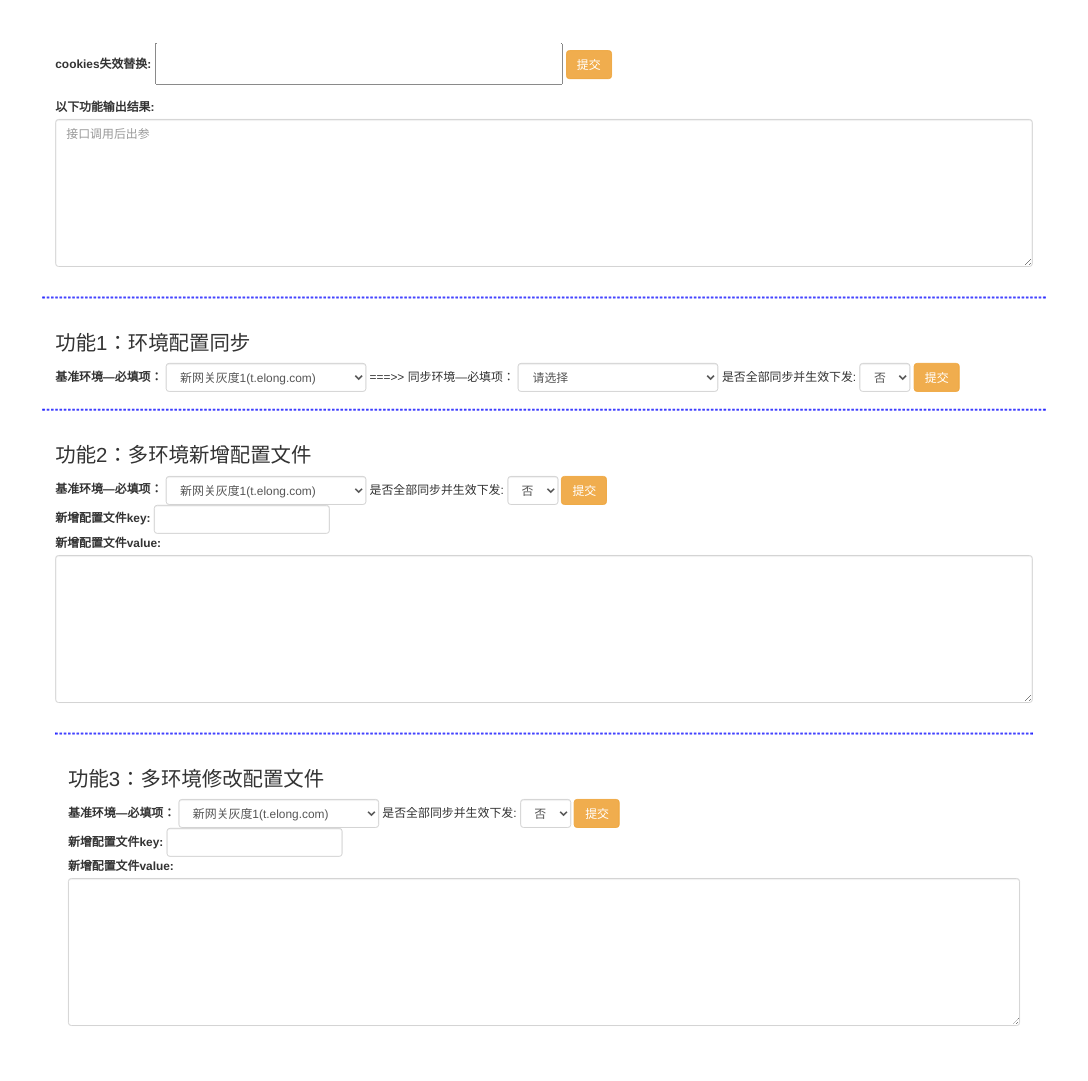
Repository: wangyanqing666/study
Page: test4.html
The author's editor kept a copy of each file at every save. The page is drawn from the files as they stood at one save, then again after the next save.
The browser window is 1280 px wide. The pictures show the whole page, at 85% of full size.
Some web libraries are served in a nearby version.

Above is the page before, as saved 2020-12-02 19:14:05.

After the next save:
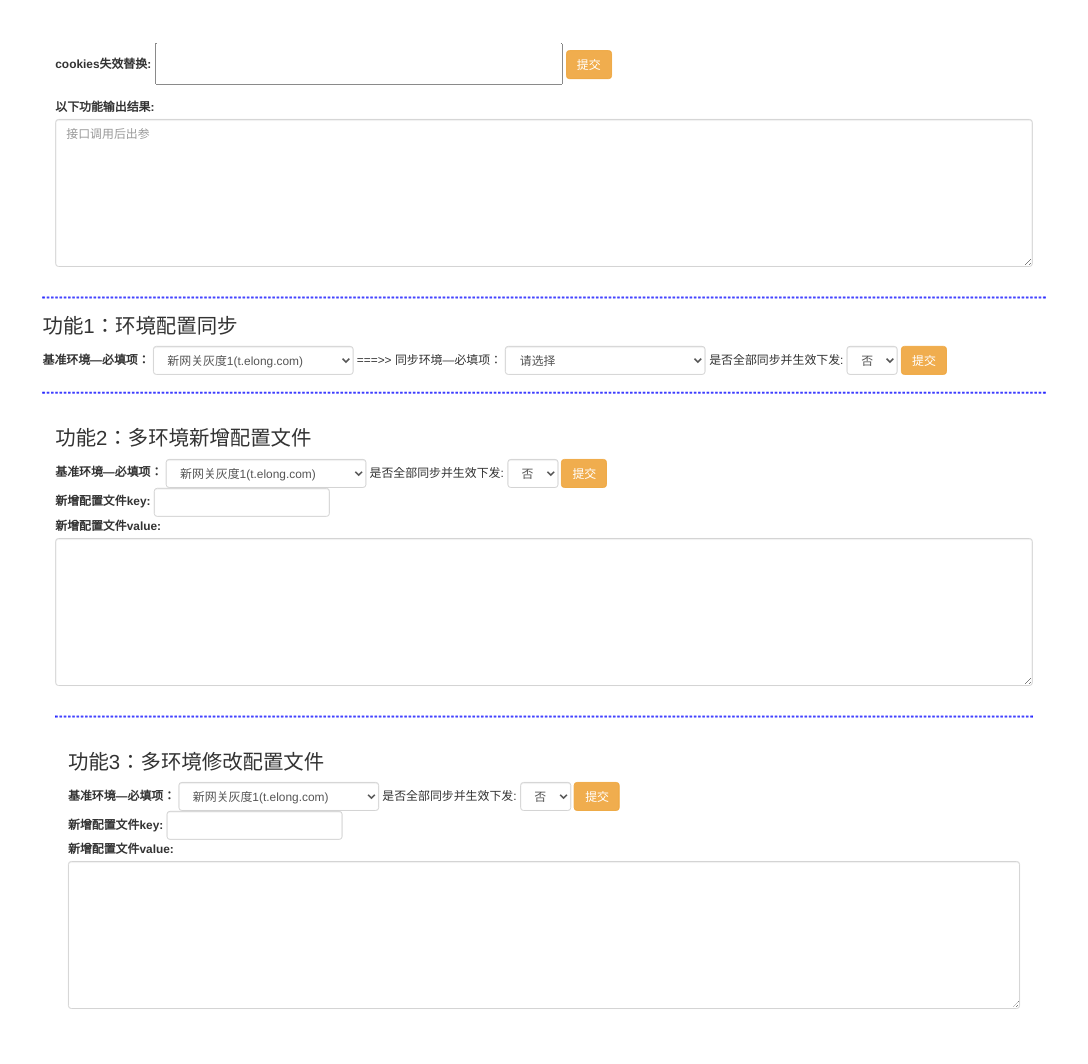
Saved 2 min 9 s later.
--- a/test4.html
+++ b/test4.html
@@ -13,7 +13,7 @@
 
 <body style="margin:50px">
 
-    <div class="container-fluid">
+    <div class="container-fluid " style="border:1px solid #000">
 
         <div class="form-group">
             <label class="control-label">cookies失效替换:</label>
@@ -32,7 +32,7 @@
     <hr style="border : 1px dashed blue;" />
 
 
-    <div class="container-fluid">
+    <!-- <div class="container-fluid"> -->
 
         <form class="form-inline">
             <h3>功能1：环境配置同步 </h3>
